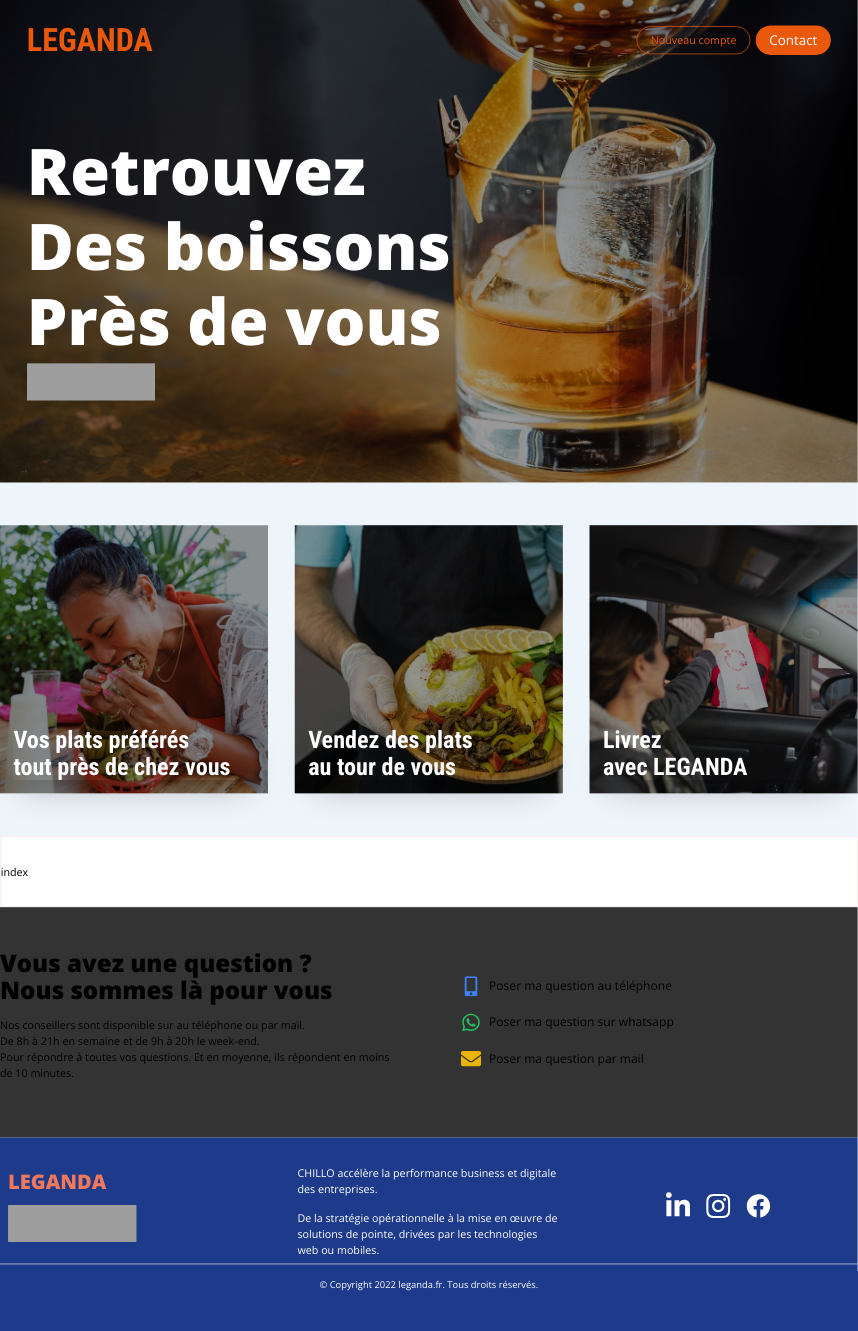
Repository: chillo-tech/website-leganda
Page: /
These files come from the project's save history. The page is drawn as it stood at one moment and after the next save; the edit follows.
The browser window is 1280 px wide. The pictures show the whole page, at 67% of full size.
Pictures or frames that could not be fetched are drawn as grey boxes. The project was rebuilt for these pictures with package versions that can differ from the ones it lists, and the page was loaded fresh each time. Some packages were replaced by stand-ins written for this rebuild. The framework's server and built-in components were replaced by stand-ins that run in the browser. Also part of the build but not shown: next.config.js, components/header/items/SearchBar.tsx.

Above is the page before, as saved 2023-02-09 11:12:54.

### pages/_document.tsx
import { Html, Head, Main, NextScript } from 'next/document'
import Footer from '../components/footer/Footer';

export default function Document() {
	return (
		<Html className="scroll-smooth">
			<Head>
        <link rel="preconnect" href="https://fonts.googleapis.com"/>
        <link rel="preconnect" href="https://fonts.gstatic.com"/>
        <link href="https://fonts.googleapis.com/css2?family=Open+Sans:ital,wght@0,300;0,800;1,800&family=Roboto&family=Roboto+Condensed:wght@700&display=swap" rel="stylesheet"/>
        <link rel="icon" href="/favicon.ico" />
			</Head>
			<body className='flex flex-col h-screen justify-between'>
				<Main />
				<NextScript />
				<Footer />
        <script defer type="text/javascript" src="https://maps.googleapis.com/maps/api/js?key=AIzaSyBoBBvzxlRlkbfYzZcHp8ALOwBk3YjfB-I&libraries=places" />
			</body>
		</Html>
	)
}

### pages/index.tsx
import type { NextPage } from 'next'
import Head from 'next/head';
import Image from 'next/image'
import Link from 'next/link';
import { useState,useRef,useEffect } from 'react';
import Questions from '../components/questions/Questions';
import Header from '../components/header/Header';
import {cn, HEADERS_ITEMS, loaderProp, STORES} from '../utils';
import Tabs from '../components/tabs';

const Home: NextPage = () => {
  const [isLoading, setLoading] = useState(true);
  const timeoutRef = useRef<any>();
  const [displayedItemIndex, setDisplayedItemIndex] = useState(0);
  const delay = 5000;

  const resetTimeout = () => {
    if (timeoutRef.current) {
      clearTimeout(timeoutRef.current);
    }
  }

  useEffect(() => {
    timeoutRef.current = setTimeout(
      () =>
          setDisplayedItemIndex((prevIndex) =>
              prevIndex === HEADERS_ITEMS.length - 1 ? 0 : prevIndex + 1
          ),
      delay
    );
    return () => {
      resetTimeout();
    };
  }, [displayedItemIndex]);
  return (
      <>
        <Head>
          <title>{`LEGANDA | Repas entre particuliers ${HEADERS_ITEMS[displayedItemIndex]['label']}`}</title>
        </Head>
        <main>
          <header className="relative h-screen md:mb-0">
            <Image
              src={HEADERS_ITEMS[displayedItemIndex]['image']}
              alt={`Leganda ${HEADERS_ITEMS[displayedItemIndex]['label']}`}
              unoptimized={true}
              priority={true}
              fill={true}
              className="object-cover"


            />
            <div className="bg-gray opacity-200 header-content absolute bottom-0 top-0 left-0 right-0">
              <div className="bg-black-rgba w-full pt-5 px-3 md:px-10 h-screen mx-auto flex flex-col justify-between">
                <Header withSearchBar={false} />
                <div className="container">
                  <div className="text-5xl md:text-8xl font-extrabold text-white">Retrouvez</div>
                  <div className="text-5xl md:text-8xl py-4 font-extrabold text-white py-2 md:py-4 text-orange-600">{HEADERS_ITEMS[displayedItemIndex]['label']}</div>
                  <div className="text-5xl md:text-8xl font-extrabold text-white">Près de vous</div>
                  <p className="flex py-4 items-center justify-center md:justify-start">
                    {STORES.filter((item: any) => item.active).map((item: any, index: number) => (
                        <Link
                            href="#"
                            target="_blank"
                            key={`liens-${index}`} className="block items-center py-2 w-48 h-14 relative">
                          <Image
                              fill={true}
                              src={`/images/${item.image}`}
                              alt={item?.label}
                          />

                        </Link>
                    ))}
                  </p>
                </div>
                <p />
              </div>
            </div>
          </header>
          <section className="categories py-3 md:py-16 bg-app-light-blue">
            <div className="container">
              <div className="grid gap-10 md:grid-cols-3">
                <Link href='/' className='relative'>
                    <div className="relative home-page-article ">
                      <Image
                          src="/images/eat-food.jpeg"
                          alt="os plats préférés tout près de chez vous"
                          fill={true}
                          unoptimized={true}
                          className="object-cover"
                        />
                    </div>
                    <div className="absolute bottom-0 left-0 right-0 top-0 bg-black-rgba">
                    </div>
                    <div className="absolute bottom-0 left-0 right-0 py-5 px-5 text-white">
                      <h2 className='font-bold pt-2 text-3xl md:text-4xl title shadow-2xl'>Vos plats préférés <br /> tout près de chez vous</h2>
                    </div>
                </Link>
                <Link href='/' className='relative'>
                    <div className="relative home-page-article ">
                      <Image
                          src="/images/food-on-fire.jpeg"
                          alt="Vendez vos plats de vous"

                          fill={true}
                          unoptimized={true}
                          className="object-cover"
                        />
                    </div>
                    <div className="absolute bottom-0 left-0 right-0 top-0 bg-black-rgba">
                    </div>
                    <div className="absolute bottom-0 left-0 right-0 py-5 px-5 text-white">
                      <h2 className='font-bold pt-2 text-3xl md:text-4xl title shadow-2xl'>Vendez des plats <br /> au tour de vous</h2>
                    </div>
                </Link>
                <Link href='/' className='relative'>
                    <div className="relative home-page-article ">
                      <Image
                          src="/images/delivery.jpeg"
                          alt="Livrez des repas avec leganda"
                          fill={true}
                          unoptimized={true}
                          className="object-cover"
                        />
                    </div>
                    <div className="absolute bottom-0 left-0 right-0 top-0 bg-black-rgba">
                    </div>
                    <div className="absolute bottom-0 left-0 right-0 py-5 px-5 text-white">
                      <h2 className='font-bold pt-2 text-3xl md:text-4xl title shadow-2xl'>Livrez <br /> avec LEGANDA</h2>
                    </div>
                </Link>

              </div>
              </div>
          </section>
          <section className='container px-3 md:px-0'>
          <Tabs/>
          </section>
          {/*<Cities />*/}
          <Questions />
        </main>
      </>
  )
}

export default Home

### styles/globals.css
@tailwind base;
@tailwind components;
@tailwind utilities;
body {
  font-family: 'Open Sans', 'Roboto', sans-serif;
}
.title {
  font-family: 'Roboto Condensed', sans-serif;
}
@layer base {
  [type="text"],
  [type="email"],
  [type="url"],
  [type="password"],
  [type="number"],
  [type="date"],
  [type="datetime-local"],
  [type="month"],
  [type="search"],
  [type="tel"],
  [type="time"],
  [type="week"],
  [multiple],
  textarea,
  select {
    @apply w-full border-gray-300 rounded-lg shadow-sm focus:border-blue-500 focus:ring-blue-500;
  }
  [type="checkbox"],
  [type="radio"] {
    @apply border-gray-300 rounded text-blue-600 focus:ring-blue-500;
  }
}

.bg-site-blue {
    background-color: #86aec0;
    color: #000000;
}

.bg-site-orange {
    background-color: #f6ac9f;
}

.color-site-blue {
   color: #86aec0;
}

.color-site-orange {
    color: #f2785c;
}

.home-page-article {
  min-height: 400px;
}

### context/search-context-provider.tsx
import { SearchParams } from '../types';
import { Context,createContext, useMemo, useReducer, useCallback } from 'react'
import SearchReducer from './SearchReducer';
import { Param } from '../types/Param';
import { INITIAL_STATE, UPDATE_SEARCH_CRITERIA } from '../utils';
import { SearchContextData } from '../types/SerchContextData';
type Props = {
  children: JSX.Element,
};
export const SearchContext = createContext<SearchContextData>({state: INITIAL_STATE});
function SearchContextProvider({children}: Props) {
  const [state, dispatch] = useReducer(SearchReducer, INITIAL_STATE);

  const update = useCallback(
    (data: Param) =>
      dispatch({
        type: UPDATE_SEARCH_CRITERIA,
        data
      }),
    [],
  );
  const value = useMemo(
    () => ({state, update }),
    [state,update],
  );
  return (
    <SearchContext.Provider value={value}>
      {children}
    </SearchContext.Provider>
  )
}

export default SearchContextProvider;

### components/footer/Footer.tsx

import React from 'react';
import { FaFacebook, FaInstagram, FaLinkedinIn } from 'react-icons/fa';
import Link from 'next/link'
import { cn, STORES } from '../../utils';
import Image from 'next/image';
function Footer() {
	return (
			<footer className="bg bg-blue-900 text-white pb-10 pt-10 font-extralight flex flex-col" id="a-propos-de-nous">
				<div className="container mx-auto px-3">
					<div className="grid grid-cols-1 gap-10 md:grid-cols-3 md:p-0 items-center">
						<div className="presentation">
              <Link href='/' className='mb-5 color-site-orange uppercase font-extrabold text-3xl'>LEGANDA
              </Link>
              <p className="flex py-4 items-center justify-center md:justify-start">
                {STORES.filter((item: any) => item.active).map((item: any, index: number) => (
                    <Link
                        href="#"
                        target="_blank"
                        key={`liens-${index}`}
                        className="block items-center py-2 w-48 h-14 relative">
                      <Image
                          fill={true}
                          src={`/images/${item.image}`}
                          alt={item?.label}
                      />
                    </Link>
                ))}
              </p>
						</div>
						<div className="presentation">
							<p className='mb-5'>CHILLO accélère la performance business et digitale des entreprises. </p>
							<p>De la stratégie opérationnelle
								à la mise en œuvre de solutions de pointe, drivées par les technologies web ou mobiles.</p>
						</div>
						<div className="presentation flex flex-col items-center justify-center">
							<div className='px-10 flex items-center justify-between text-center'>
								<FaLinkedinIn color='text-slate-300' className='px-3 text-6xl'/>
								<FaInstagram className='px-3 text-6xl'/>
								<FaFacebook className='px-3 text-6xl'/>
							</div>
							<div className='py-2'>

							</div>
						</div>
					</div>
				</div>
				<div className="copyright border-top-1 mt-2 font-light">
					<div className="container py-5 text-sm mx-auto text-center border-solid border-t border-slate-200">
						&copy; Copyright {(new Date()).getFullYear()} leganda.fr. Tous droits réservés.
					</div>
				</div>
			</footer>

	);
}

export default Footer;

### components/questions/Questions.tsx
import Link from 'next/link'
import React from 'react'
import { FaEnvelope, FaMobile, FaMobileAlt, FaPhoneAlt, FaWhatsapp } from 'react-icons/fa'

function Questions() {
  return (
    <section className='py-16 bg-app-gray'>
        <div className="container grid md:grid-cols-2 md:gap-24 items-center px-3 md:px-0">
          <article>
            <h2 className='md:text-4xl text-3xl font-semibold text-black'>
              <p className='p-0 m-0'>Vous avez une question ?</p>
              <p className='p-0 m-0'>Nous sommes là pour vous</p>
            </h2>
            <div className='py-5'>
              <p className='p-0 m-0'>Nos conseillers sont disponible sur au téléphone ou par mail.</p>
              <p className='p-0 m-0'>De 8h à 21h en semaine et de 9h à 20h le week-end.</p>
              <p className='p-0 m-0'>Pour répondre à toutes vos questions. Et en moyenne, ils répondent en moins de 10 minutes.</p>
            </div>
          </article>
          <article>
              <Link href="tel:0033761705745" className='py-3 text-lg flex'>
                  <FaMobileAlt className='text-3xl text-blue-500 mr-3' /> Poser ma question au téléphone
              </Link>
              <Link href="whatsapp:0033761705745" className='py-3 text-lg flex'>
                  <FaWhatsapp className='text-3xl text-green-500 mr-3' /> Poser ma question sur whatsapp
              </Link>
              <Link href="mailto:armelle.leganda@gmail.com" className='py-3 text-lg flex'>
                  <FaEnvelope className='text-3xl text-yellow-500 mr-3' /> Poser ma question par mail
              </Link>
          </article>
        </div>
    </section>
  )
}

export default Questions

### components/header/Header.tsx
import { faPhone, faUser } from '@fortawesome/free-solid-svg-icons'
import { FontAwesomeIcon } from '@fortawesome/react-fontawesome'
import Link from 'next/link'
import React from 'react'
import SearchBar from './items/SearchBar'

function Header({withSearchBar = true}: {withSearchBar?: boolean}) {
  return (
    <header className="container py-4">
       <nav className='flex justify-between items-center'>
        <Link href="/" className='text-orange-600 uppercase title text-5xl'>LEGANDA
        </Link>
        {withSearchBar ? <SearchBar /> : null }
        <ul className='md:flex justify-between items-center hidden'>
          <li>
            <Link href="/" className='border border-orange-600 rounded-3xl px-5 py-2 text-orange-600 flex justify-between items-center'>
                <FontAwesomeIcon icon={faUser} className="hidden border-none text-xs mr-2" size='xs' />
                Nouveau compte
            </Link>
          </li>
          <li  className='ml-2'>
          <Link href="/" className='bg-orange-600 rounded-3xl text-xl px-5 font-medium py-2 flex text-white'>
              <FontAwesomeIcon icon={faPhone} className="hidden border-none mr-2"/>
              Contact
          </Link>
          </li>
        </ul>
      </nav>
    </header>
  )
}

export default Header

### utils/index.ts
export * from './clear-string';
export * from './DateFormat';
export * from './isValidPhoneNumber';
export * from './isValidEmail';
export * from './Endpoints';
export * from './Data';
export * from './request-options';

### components/tabs/index.tsx
import React from 'react'

function Tabs({items}: any) {
  return (
    <section className='border border-red-100 py-10'>index</section>
  )
}

export default Tabs

### context/SearchReducer.ts
import { UPDATE_SEARCH_CRITERIA } from './../utils/Data';
import { Action } from './../types/Action';
import { SearchParams } from "../types";

function SearchReducer (state: SearchParams, action: Action){
  switch(action.type){
    case UPDATE_SEARCH_CRITERIA: {
        return {
          ...state,
          [action.data.key]: action.data.value
        }
    }
  }
  return state;
}

export default SearchReducer;

### utils/clear-string.ts
export const cleanString = (entry: string) => {
	return entry ? entry.replace(/^[\s\uFEFF\xA0]+|[\s\uFEFF\xA0]+$/g, '') : '';
}

### utils/DateFormat.ts
export const getFormattedDate = (entry: Date) => {
	const year = entry.getFullYear();
	const month = `0${entry.getMonth() + 1}`.slice(-2);
	const day = `0${entry.getDate()}`.slice(-2);
	return `${day}/${month}/${year}`;
};

export const getFormattedTime = (entry: Date) => {
	const hours = `0${entry.getHours()}`.slice(-2);
	const minutes = `0${entry.getMinutes()}`.slice(-2);
	return `${hours}:${minutes}`;
};

const getWeekNumber = (entry: Date) => {
	// Copy date so don't modify original
	const date = new Date(Date.UTC(entry.getFullYear(), entry.getMonth(), entry.getDate()));
	// Set to nearest Thursday: current date + 4 - current day number
	// Make Sunday's day number 7
	date.setUTCDate(date.getUTCDate() + 4 - (date.getUTCDay() || 7));
	// Get first day of year
	const yearStart = new Date(Date.UTC(date.getUTCFullYear(), 0, 1));
	// Calculate full weeks to nearest Thursday
	return Math.ceil((((Number(date) - Number(yearStart)) / 86400000) + 1) / 7);
	// Return array of year and week number

}

export const getDayAndMonthLabel = (entry: Date) => {
	const days = ['Dimanche', 'Lundi', 'Mardi', 'Mercredi', 'Jeudi', 'Vendredi', 'Samedi'];
	const months = ["Jan.", "Fev.", "Mars", "Avr.", "MaI", "Juin",
		"Jul.", "Août", "Sep.", "Oct.", "Nov.", "Dec."
	];
	return [days[entry.getDay()], months[entry.getMonth()]];
}

export const getDisplayedDate = (entry: string = "") => {
	if (!entry.trim().length) {
		return entry;
	}
	const adWeekNo = getWeekNumber(new Date(entry));
	const todayWeekNo = getWeekNumber(new Date());
	if ((adWeekNo - todayWeekNo) > 1) {
		const [dayOfDate, month, year] = getFormattedDate(new Date(entry)).split('/');
		const [dayOfWeekLabel, monthLabel] = getDayAndMonthLabel(new Date(entry));
		return `${dayOfWeekLabel}, ${dayOfDate} ${monthLabel}`;
	} else {
		const [dayOfWeekLabel] = getDayAndMonthLabel(new Date(entry));
		return dayOfWeekLabel;
	}
};

### utils/isValidPhoneNumber.ts
export const isValidPhoneNumber = (value: string) => {
	const PHONE_REGEXP = /^0[6|7]\d{8}$/
	return PHONE_REGEXP.test(value);
}

### utils/isValidEmail.ts
export const isValidEmail = (value: string) => {
	const EMAIL_REGEXP = /^\S+@\S+\.\S+$/;
	return value.trim().length ? EMAIL_REGEXP.test(value) : true;
}

### utils/Endpoints.ts
export const LOCAL_DNS = 'http://192.168.111.244:9090';//verifier ipconfig avant d'exécuter
export const PROD_DNS = "https://api.leganda.chillo.fr";
export const IMAGES_URL = `${PROD_DNS}/assets`;
export const BACKOFFICE_URL = `${PROD_DNS}/api/v1`;
export const ADS_ENDPOINT = "ad";
export const FAVORITE_ENDPOINT = "favorite";
export const ACCOUNT_ENDPOINT = "account";
export const ADDRESS_ENDPOINT = "address";
export const CATEGORY_ENDPOINT = "category";
export const GOOGLE_PACES_API_BASE_URL = 'https://maps.googleapis.com/maps/api/place';
export const GOOGLE_PACES_API_KEY = 'AIzaSyBoBBvzxlRlkbfYzZcHp8ALOwBk3YjfB-I';
export const MAP_ZOOM = 10;
export const GOOGLE_PACES_CENTER_COORDINATES = {lat: 48.117266,lng: -1.677793};

### utils/Data.ts
import {EMAIL, PHONE} from "./providers";
export const CATEGORY_BGCOLORS = [ "#BCA1F2", "#BCDDE4", "#CFEACB", "#F4E169"];
export const PLUS_FAVORITES_UPDATED = "Super cette annonce a été ajoutée à vos favoris";
export const REMOVE_FAVORITES_UPDATED = "Cette annonce a été retirée de vos favoris";
export const AUTHENTICATED_USER = "authenticatedUser";
export const MAPBOX_ACCESSTOKEN = "pk.eyJ1IjoiYWNoaWxsZW1ib3VndWVuZyIsImEiOiJja3Zvd3EzcmswaThkMnZrZ25iYmtveDBhIn0.pDR7pKL18d3iz5NoaRmWYg";
export const RESET_AD = "RESET_AD";
export const DELETE_KEY = "DELETE_KEY";
export const SET_NUMBER_OF_CHILDREN = "SET_NUMBER_OF_CHILDREN";
export const SET_ADS = "SET_ADS";
export const SET_CATS = "SET_CATS";
export const SET_CAT = "SET_CAT";
export const SET_AD = "SET_AD";
export const SET_SELECTED_ITEM_ID = "SET_SELECTED_ITEM_ID";
export const SET_STEP_INDEX = "SET_STEP_INDEX";
export const UPDATE_AD = "UPDATE_AD";
export const UPDATE_SEARCH_CRITERIA = "UPDATE_SEARCH_CRITERIA";
export const UPDATE_USER_INFOS = "UPDATE_USER_INFOS";
export const USER_TOKEN = "USER_TOKEN";
export const SIGN_IN = 'SIGN_IN';
export const SIGN_OUT = 'SIGN_OUT';
export const SIGN_UP = 'SIGN_UP';
export const RECOMMEND_TEXT = "Bonjour, j'ai découvert cette application qui a de belles annonces. Je te la recommande";
export const RESTORE_TOKEN = "RESTORE_TOKEN";
export const AD_PLACEHOLDER = ["Taro du dimanche", "20kg à destination de Yaoundé", "Carton de Guinness", "Stage de developpeur"];
export const STORES = [
	{
		image: 'google-app-store-badge.svg',
		active: true,
		path: '#',
		label: 'LEGANDA sur PLAY STORE'
	},
	{
		image: 'apple-app-store-badge.svg',
		active: false,
		path: '#',
		label: 'LEGANDA sur APPLE STORE'
	}
]
export const HEADERS_ITEMS = [
	{
		image: '/images/food.jpeg',
		active: true,
		label: 'Des mets'
	},
	{
		image: '/images/drinks.jpeg',
		active: false,
		label: 'Des boissons'
	},
	{
		image: '/images/spices.jpeg',
		active: false,
		label: 'Des épices'
	},
	{
		image: '/images/service.jpeg',
		active: false,
		label: 'Des services'
	}
]
export const INITIAL_STATE = {
		address: {city: ''}
}

export const HELP_LINK = {
	whatsapp: `whatsapp://send?text=&phone=${PHONE}`,
	sms: `sms:${PHONE}`,
	mail: `mailto:${EMAIL}`,
	phone: `tel:${PHONE}`
}

export const SHARE_LINK = {
	whatsapp: `whatsapp://send?text=`,
	sms: `sms:body=`,
	mail: `mailto:${EMAIL}`,
	phone: `tel:${PHONE}`
}

export const MORESCREEN_DATA = [
	{
		id: 'recommendations',
		title: "Recommandations",
		items: [
			{
				id: '587',
				icon: 'thumbs-up',
				name: 'sms',
				action: 'recommend',
				title: 'Recommandez notre application',
			},
			{
				id: '588',
				icon: 'facebook',
				name: 'facebook',
				action: 'recommend',
				title: 'Aimez notre page facebook',
			},
			{
				id: '589',
				icon: 'thumbs-up',
				name: 'like',
				action: 'recommend',
				title: 'Notez nous sur le store',
			}
		]
	},
	{
		id: 'assistance',
		title: "assistance",
		items: [
			{
				id: '386',
				icon: 'whatsapp',
				name: 'whatsapp',
				action: 'help',
				title: 'Posez votre question via whatsapp',
			},
			{
				id: '387',
				icon: 'sms',
				name: 'sms',
				action: 'help',
				title: 'Posez votre question  par sms',
			},
			{
				id: '389',
				name: 'mail',
				action: 'help',
				icon: 'envelope',
				title: 'Envoyez nous un mail',
			},
			{
				id: '388',
				icon: 'phone-alt',
				name: 'phone',
				action: 'help',
				title: 'Appelez nous',
			}
		]
	}
]

export const loaderProp =({ src }: {src: string}) => {
  console.log('====================================');
  console.log(src);
  console.log('====================================');
  return src;
}
export const cn = (...classes: string[]) =>{
  return classes.filter(Boolean).join(' ')
}

### utils/request-options.ts
export const getHeaders = () => ({
	'X-Requested-With': 'XMLHttpRequest',
	'Content-Type': 'application/x-www-form-urlencode',
	Accept: "application/json"
});

### utils/providers.ts


export const PHONE = "+33761705745";
export const EMAIL = "achille.mbougueng@yahoo.fr";

export const OPENCAGE_GEOCODE_API = "https://api.opencagedata.com/geocode/v1/json";
export const OPENCAGE_API_KEY = "2dd86530d37b4cf3a321d24e6c624a40";

export const MAPBOX_API_KEY = "pk.eyJ1IjoiYWNoaWxsZW1ib3VndWVuZyIsImEiOiJja3Zvd3EzcmswaThkMnZrZ25iYmtveDBhIn0.pDR7pKL18d3iz5NoaRmWYg";
export const MAPBOX_PLACES = "https://api.mapbox.com/geocoding/v5/mapbox.places";

Loaded but not shown: pages/_app.tsx (common file); tailwind.config.js (37 lines, source omitted)

After the next save:
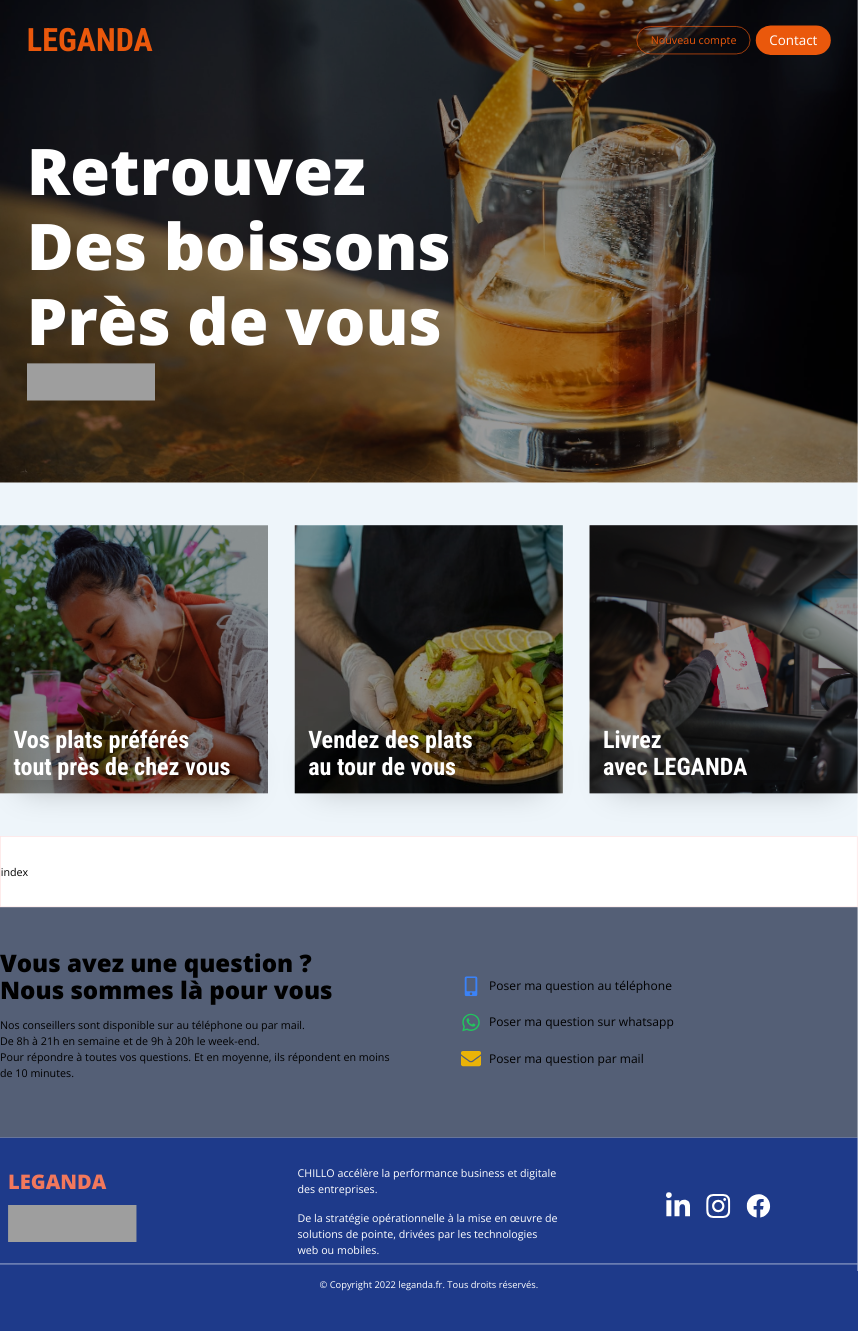
Saved 8 s later.
--- a/components/questions/Questions.tsx
+++ b/components/questions/Questions.tsx
@@ -4,7 +4,7 @@
 
 function Questions() {
   return (
-    <section className='py-16 bg-app-gray'>
+    <section className='py-16 bg-app-light-gray'>
         <div className="container grid md:grid-cols-2 md:gap-24 items-center px-3 md:px-0">
           <article>
             <h2 className='md:text-4xl text-3xl font-semibold text-black'>
